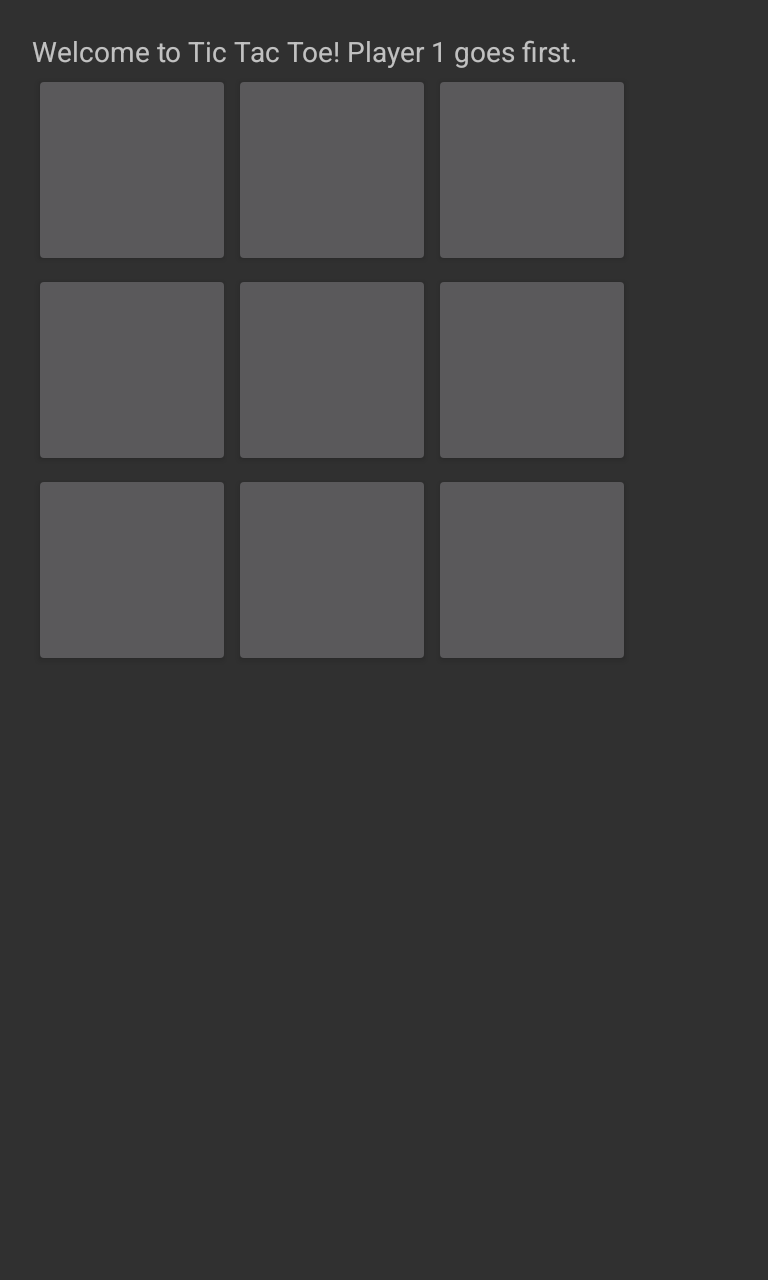
Repository: CarathrynBeutel/CSCI-448
Layout: Project 2/workspace/TicTacToe/res/layout/activity_main.xml
An editor plug-in stored every save of this project. The layout is shown before and after the next save, followed by the edit.
It is drawn on a 768 x 1280 px phone screen (xhdpi) without system bars, with theme Theme.AppCompat; the app's code is not run.

Above is the layout before, as saved 2015-03-29 19:20:42.

After the next save:
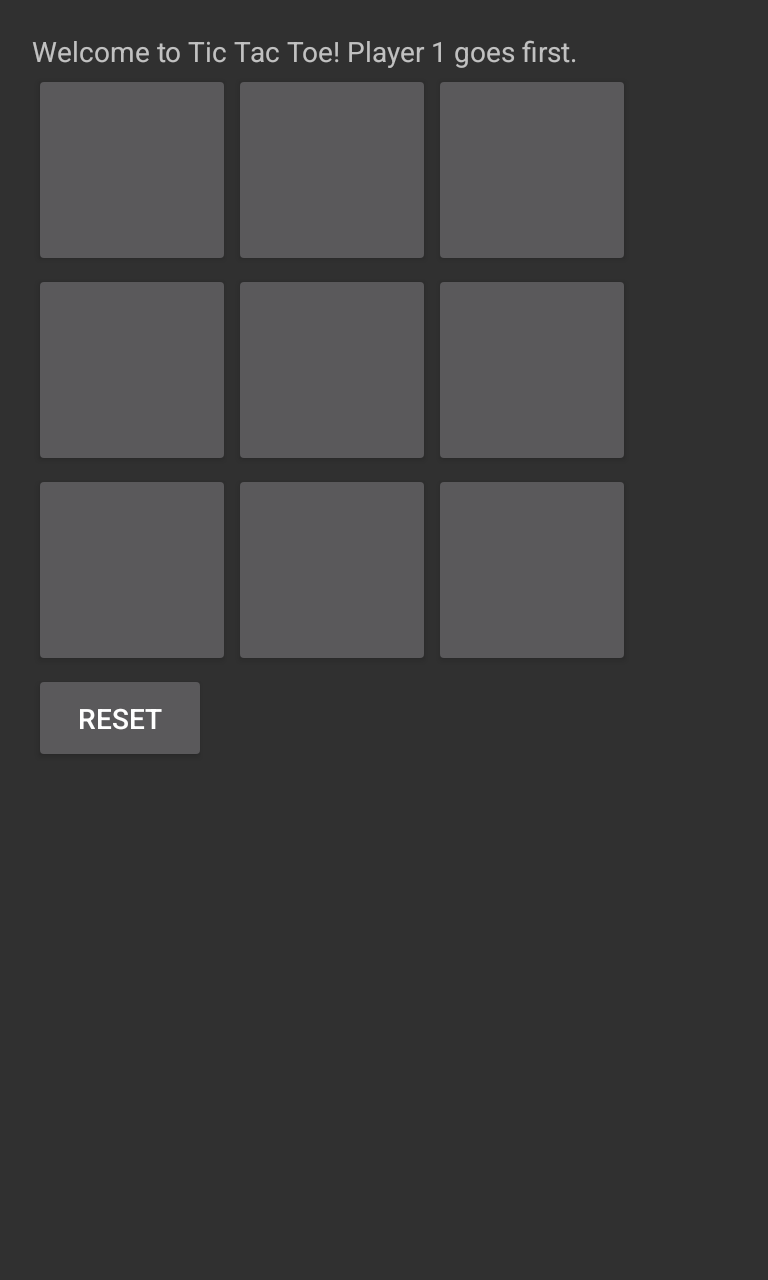
Saved 7 min 25 s later.
--- a/Project 2/workspace/TicTacToe/res/layout/activity_main.xml
+++ b/Project 2/workspace/TicTacToe/res/layout/activity_main.xml
@@ -86,4 +86,10 @@
 		        android:onClick="onButtonClick" />
 		    </TableRow>
 	</TableLayout>
+
+    <Button
+        android:layout_width="wrap_content"
+        android:layout_height="wrap_content"
+        android:text="Reset"
+        android:onClick="resetGame" />
 </LinearLayout>
